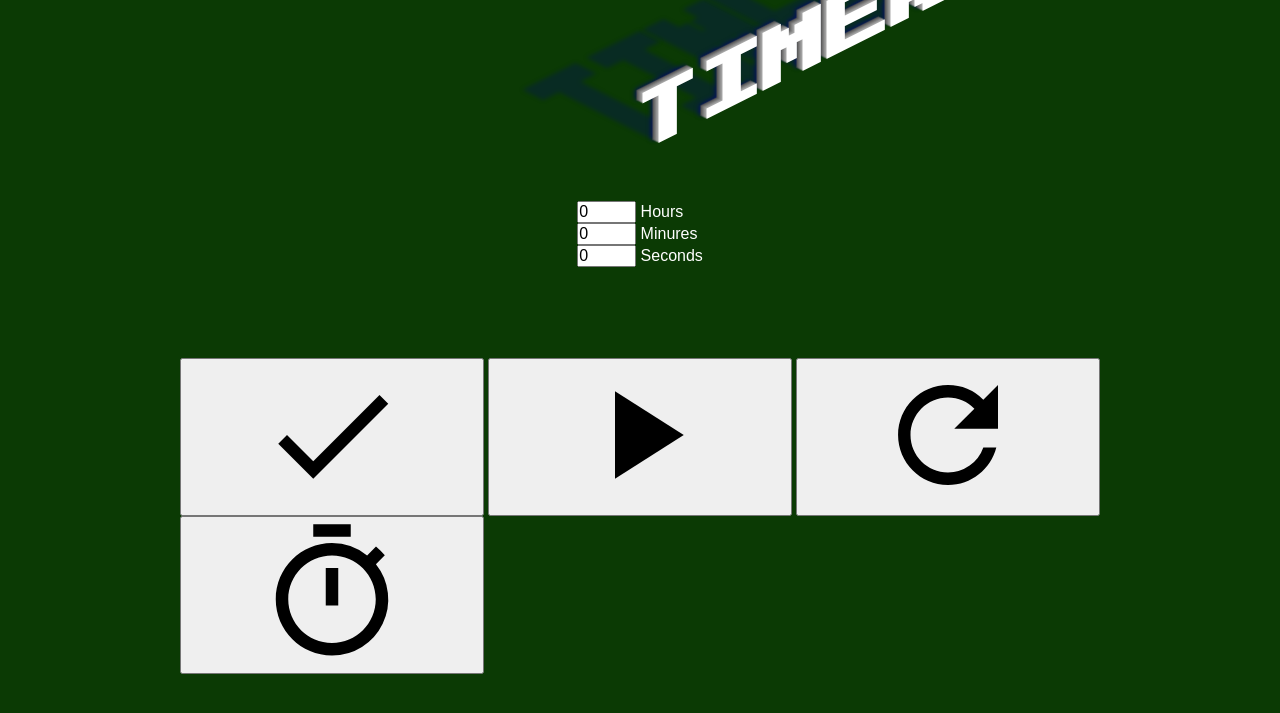
Repository: KrzysKolo/Projekt-12_Timer
Page: index.html
These files come from the project's save history. The page is drawn as it stood at one moment and after the next save; the edit follows.
The browser window is 1280 px wide. The pictures show the whole page.
Some web fonts or font styles are not loaded; a fallback is used.

Above is the page before, as saved 2020-06-24 20:50:54.

After the next save:
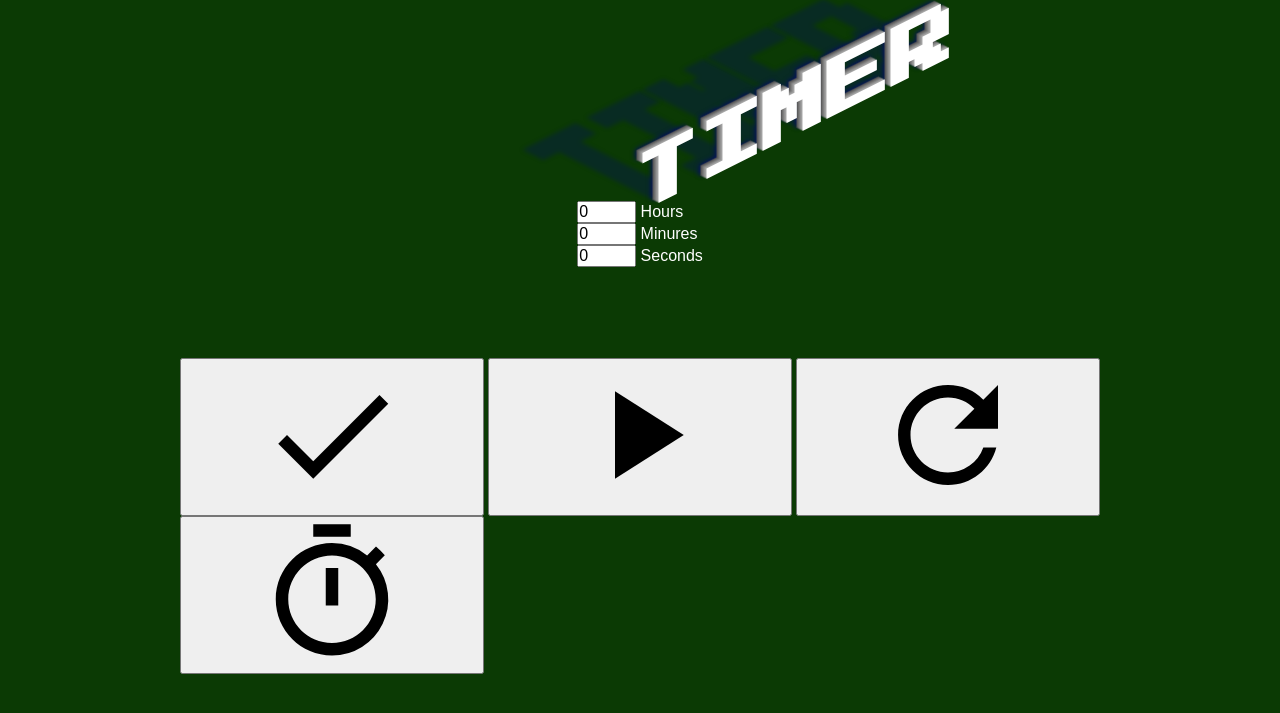
Saved 39 s later.
--- a/css/style.css
+++ b/css/style.css
@@ -29,7 +29,7 @@ body {
   font-size: 4rem;
   text-transform: uppercase;
   position: relative;
-  top: -30px;
+  top: 30px;
   left: 100px;
   color: rgba(0, 0, 0, 0);
 
